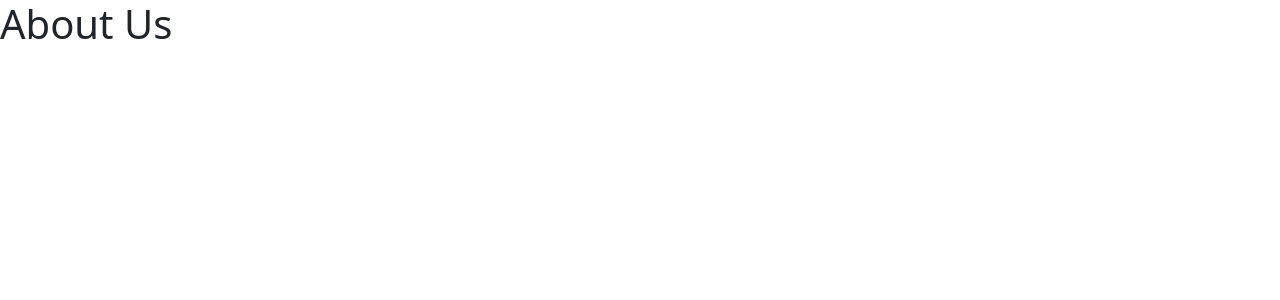
Repository: arafatmollah/cetl
Page: About.html
These files come from the project's save history. The page is drawn as it stood at one moment and after the next save; the edit follows.
The browser window is 1280 px wide. The pictures show the whole page.

Above is the page before, as saved 2023-05-17 21:23:05.

After the next save:
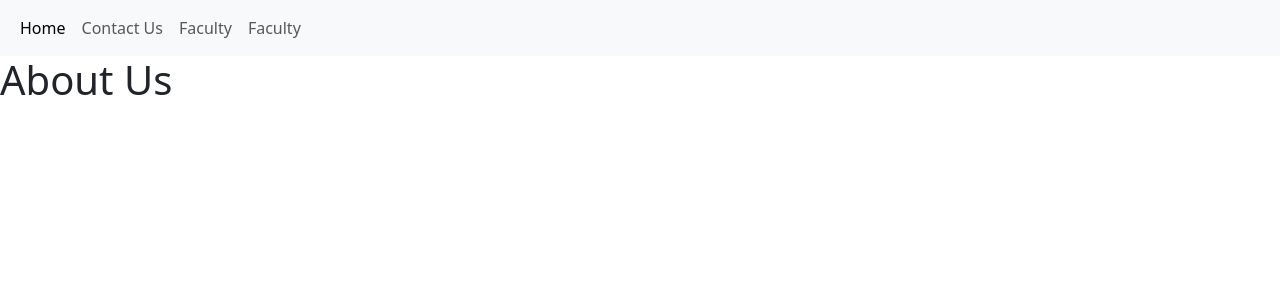
Saved 15 s later.
--- a/About.html
+++ b/About.html
@@ -7,7 +7,29 @@
     <link href="https://cdn.jsdelivr.net/npm/bootstrap@5.3.0-alpha3/dist/css/bootstrap.min.css" rel="stylesheet" integrity="sha384-KK94CHFLLe+nY2dmCWGMq91rCGa5gtU4mk92HdvYe+M/SXH301p5ILy+dN9+nJOZ" crossorigin="anonymous">
   </head>
   <body>
-
+    <nav class="navbar navbar-expand-lg bg-body-tertiary bg-dark text-white">
+        <div class="container-fluid">
+          <button class="navbar-toggler" type="button" data-bs-toggle="collapse" data-bs-target="#navbarNav" aria-controls="navbarNav" aria-expanded="false" aria-label="Toggle navigation">
+            <span class="navbar-toggler-icon"></span>
+          </button>
+          <div class="collapse navbar-collapse" id="navbarNav">
+            <ul class="navbar-nav">
+              <li class="nav-item">
+                <a class="nav-link active" aria-current="page" href="home.html">Home</a>
+              </li>
+              <li class="nav-item">
+                <a class="nav-link" href="About.html">Contact Us</a>
+              </li>
+              <li class="nav-item">
+                <a class="nav-link" href="Faculty.html">Faculty</a>
+              </li>
+              <li class="nav-item">
+                <a class="nav-link" href="#">Faculty</a>
+              </li>
+            </ul>
+          </div>
+        </div>
+      </nav>
     <h1>About Us</h1>
     <p></p>
     <script src="https://cdn.jsdelivr.net/npm/bootstrap@5.3.0-alpha3/dist/js/bootstrap.bundle.min.js" integrity="sha384-ENjdO4Dr2bkBIFxQpeoTz1HIcje39Wm4jDKdf19U8gI4ddQ3GYNS7NTKfAdVQSZe" crossorigin="anonymous"></script>
